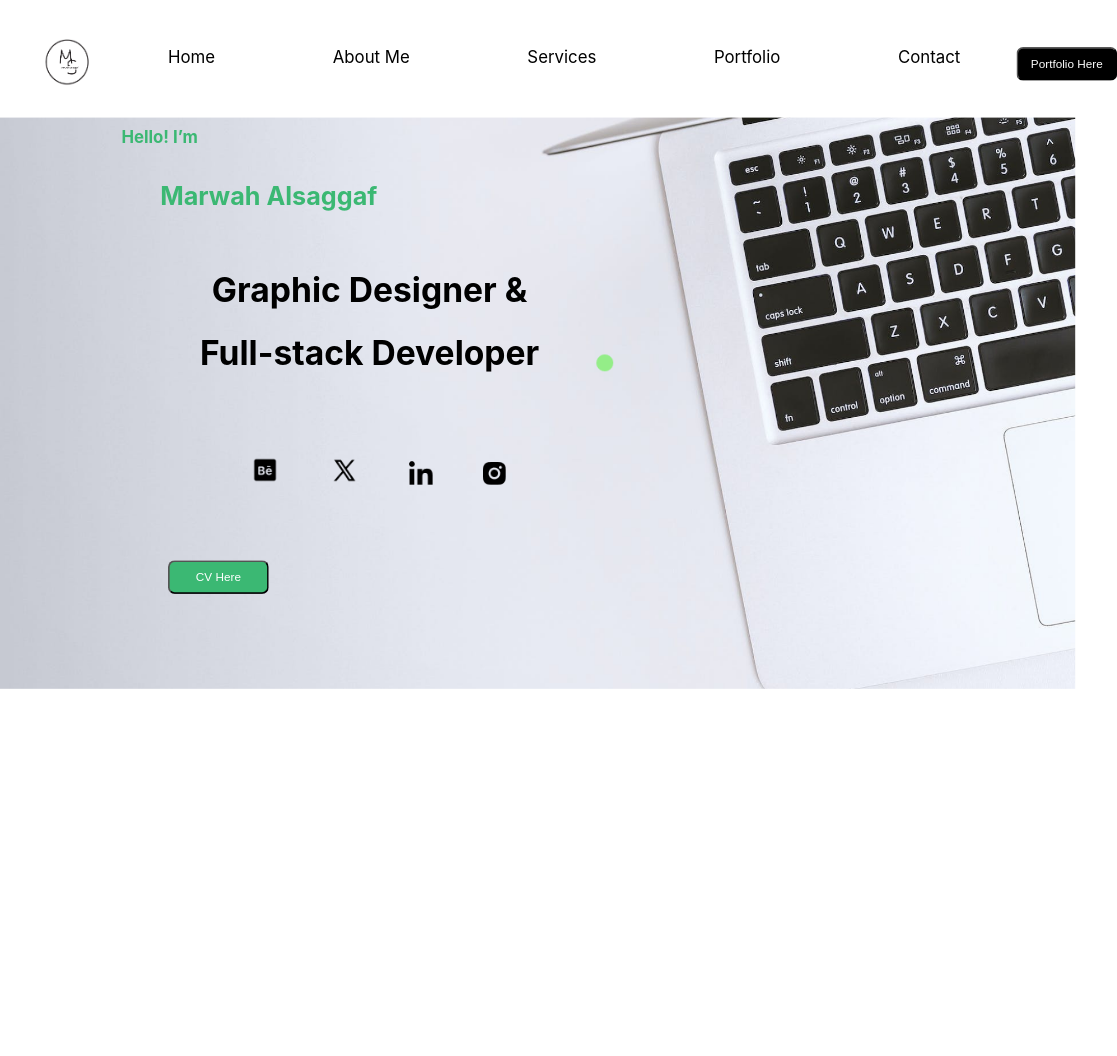
Repository: MEROO1010/Portfolio-2
Page: /
The author's editor kept a copy of each file at every save. The page is drawn from the files as they stood at one save, then again after a run of saves.
The browser window is 1280 px wide. The page is 1330 px wide, so the pictures cover 1330 px, including what lies to the right of the window. The pictures show the whole page, at 84% of full size.
The project was rebuilt for these pictures with package versions that can differ from the ones it lists, and the page was loaded fresh each time.

Above is the page before, as saved 2023-12-16 13:09:02.

### src/App.js
import './App.css';
import Home from './components/Home';
import Navbar from './components/Navbar';

function App() {
  return (
    <div className="App">
     <Navbar/>
     <Home/>
    </div>
  );
}

export default App;

### src/components/Home.js
import React from 'react'
import HomeImage from "../images/header background.png";
import Circle from "../images/Green-circle.png";
import Behance from "../images/Behance.png";
import TwitterX from "../images/TwitterX.png";
import LinkedIn from "../images/LinkedIn.png";
import Instagram from "../images/Instagram.png";

import styled from "styled-components"


const Home = () => {
  return (
    <Container>
       <BackgroundImage>
       <img src={HomeImage}alt=""/>

       <h4>Hello! I’m</h4>

       <h3>Marwah Alsaggaf</h3>

       <h1>Graphic Designer &</h1>
       <h1>Full-stack Developer </h1>
       <CircleIcon>
       <img src={Circle}alt=""/>
       </CircleIcon>

       <ul >
            <li><a href='https://github.com/MEROO1010'><img src={Behance}alt=""/></a></li>
            <li><a href='https://www.instagram.com/meroo_alsaggaf/'><img src={TwitterX}alt=""/></a></li>
            <li><a href='https://www.behance.net/merooalsaggaf'><img src={LinkedIn}alt=""/></a></li>
            <li><a href='https://www.linkedin.com/in/marwah-alsaggaf-ba44011b2/'><img src={Instagram}alt=""/></a></li>
          </ul>

          <CVButton>
         <button>CV Here</button>
       </CVButton>
       </BackgroundImage>


    </Container>
  )
}

const Container = styled.div`

`

const BackgroundImage = styled.div `
 img{
  object-fit:cover;
  max-width: 100%;
    max-height: 100%;
  -o-object-fit: contain;
    object-fit: contain;
 }

 h4{
  position:relative;
  bottom:700px;
  right:450px;
  font-size:20px;
  color:#3BB873
 }

 h3{
  position:relative;
  bottom:690px;
  right:320px;
  font-size:30px;
  color:#3BB873
 }

 h1{
  position:relative;
  bottom:650px;
  right:200px;
  font-size:40px;
  color:#000
 }


  ul{
    position:relative;
   list-style-type: none;

  padding-left: 40px;
  bottom: 620px;
  right:240px;
  overflow: hidden;

  }

  li{
    display: inline;
    padding-left:60px;
    position:relative;
  }
`

const CircleIcon = styled.div`
  img{
    position:relative;
  bottom:700px;
  left:80px;


  }
`

const CVButton = styled.div `
  button{
    position:relative;
margin-left:40px;
right:400px;
bottom:550px;
width:120px;
height:40px;
font-size:14px;
border-radius:8px;
background-color:#3BB873;
color:white;
}
`

export default Home

### src/components/Navbar.js
import React from 'react'
import styled from "styled-components"
import MYLOGO from "../images/white logo.png";

const Navbar = () => {
  return (
    <Container>
       <ul>
          <li>Home</li>
          <li>About Me</li>
          <li>Services</li>
          <li>Portfolio</li>
          <li>Contact</li>
       </ul>

       <Logo>
       <img src={MYLOGO}alt=""/>
       </Logo>

       <PortfolioButton>
         <button>Portfolio Here</button>
       </PortfolioButton>
    </Container>
  )
}


const Container = styled.div `
margin-top:8px;
height:8px;
  ul{
    position:relative;
   list-style-type: none;

  padding-left: 40px;
  top: 40px;
  left:20px;
  overflow: hidden;
  background-color: #fff;
  }

  li {
    font-size:20px;
    position:sticky;
    justifyContent: flex-end;
    display: flex;
    right:100px;
  float: left;
  padding-left: 20px;
  margin-left:120px;


}
li a {
  display: block;
  color: white;
  text-align: center;
  padding: 16px;
  text-decoration: none;
}

li a:hover {
  background-color: #111111;
}
`

const Logo = styled.div `
position:relative;
bottom:20px;
padding-bottom:80px;
 img{
 width:80px;
 height:80px;
 float: left;
 margin-left:40px;
 padding-bottom:4px;
 justifyContent: flex-end;

 }
`

const PortfolioButton = styled.div`

  button{
    position:relative;
margin-left:40px;
left:550px;
bottom:80px;
width:120px;
height:40px;
font-size:14px;
border-radius:8px;
background-color:black;
color:white;
  }
`

export default Navbar

Loaded but not shown: public/index.html (common file); src/index.js (common file); src/index.css (common file); src/reportWebVitals.js (common file); src/App.css (common file)

After the next 2 saves:
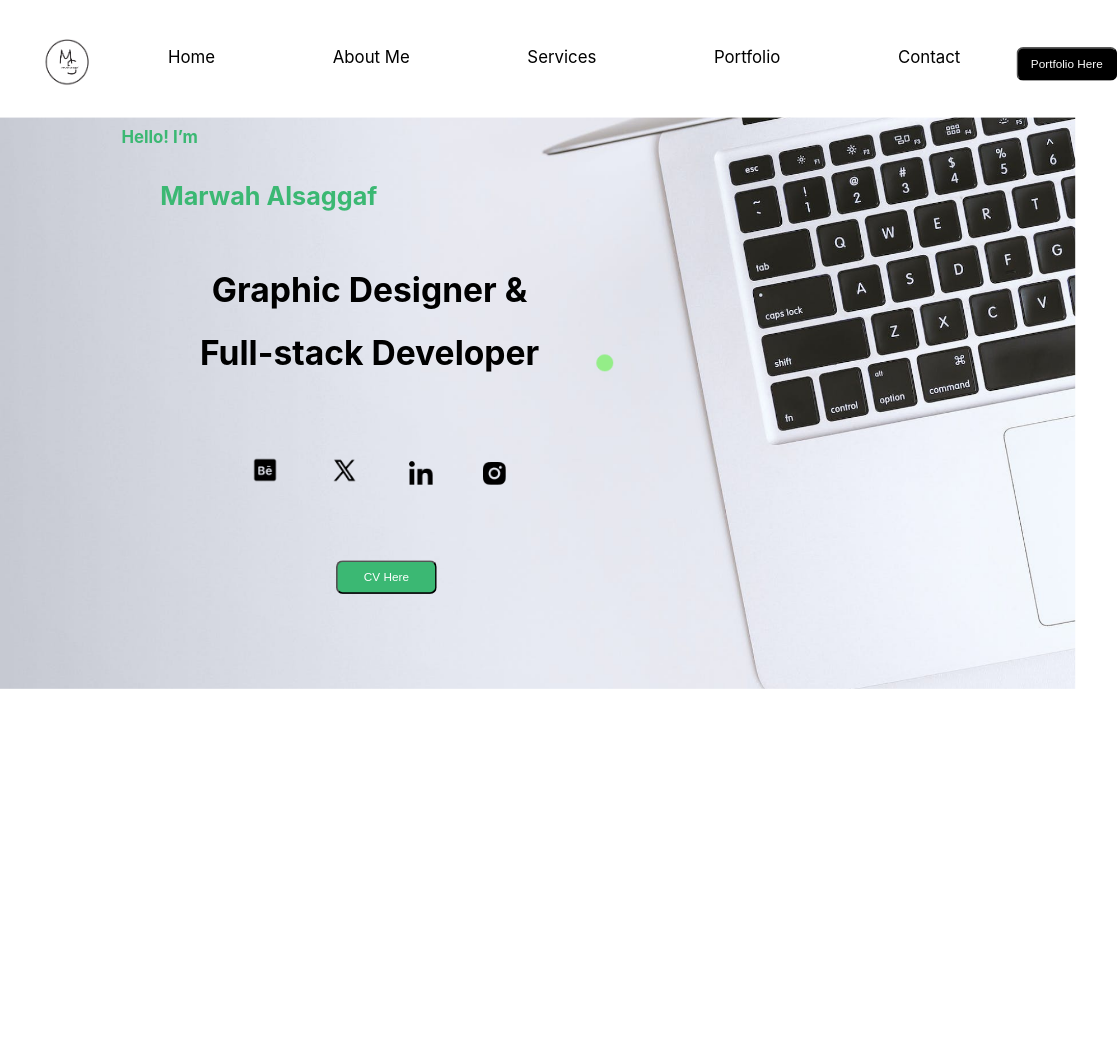
The 2 saves are shown as one change because they came seconds apart.
The last was saved 14 s later.
--- a/src/components/Home.js
+++ b/src/components/Home.js
@@ -112,7 +112,7 @@ const CVButton = styled.div `
   button{
     position:relative;
 margin-left:40px;
-right:400px;
+right:200px;
 bottom:550px;
 width:120px;
 height:40px;
